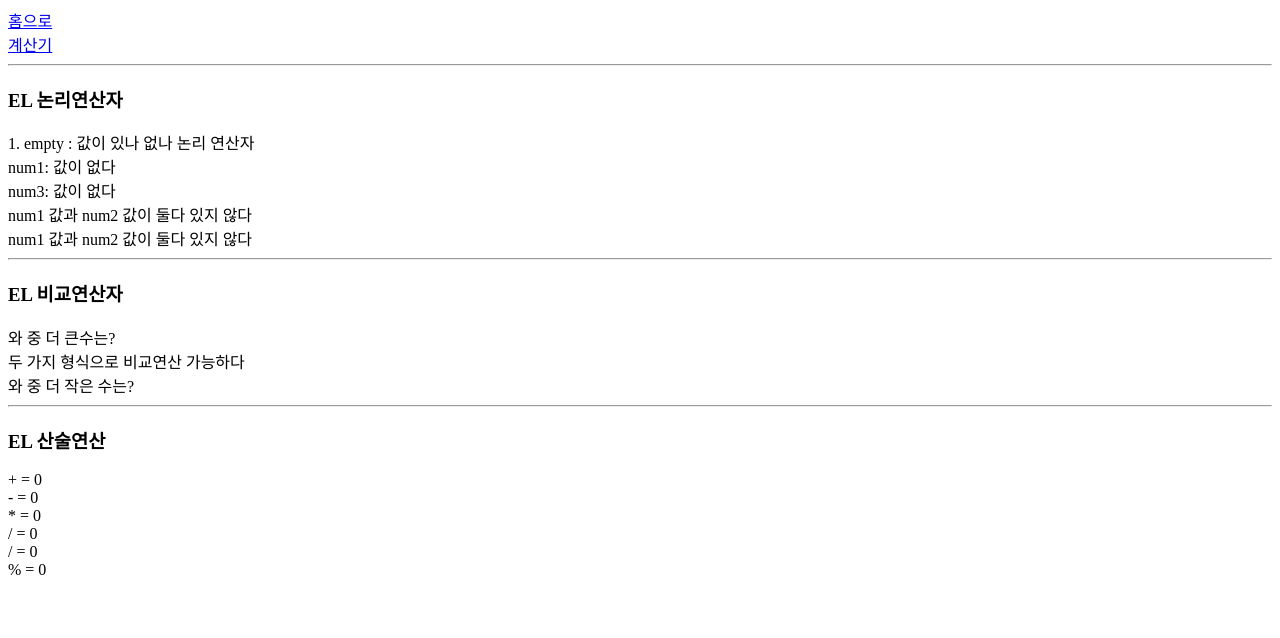
Repository: hyewoon/web
Page: http://localhost/servlet04/operator/calculator_result.jsp
The author's editor kept a copy of each file at every save. The page is drawn from the files as they stood at one save, then again after the next save.
The browser window is 1280 px wide. The pictures show the whole page.
The page is served by Tomcat 9. Other server files are loaded and not shown.

Above is the page before, as saved 2022-11-17 06:28:35.

### servlet04/src/main/webapp/operator/calculator_result.jsp
<%@ page language="java" contentType="text/html; charset=UTF-8"
    pageEncoding="UTF-8"%>
<!DOCTYPE html>
<html>
<head>
<meta charset="UTF-8">
<title>Insert title here</title>
</head>
<body>
<div><a href ='../'>홈으로</a></div>
<div><a href ='calculator.jsp'>계산기</a></div>
<hr>
<h3>EL 논리연산자</h3>
<div>1. empty : 값이 있나 없나 논리 연산자</div>
<div>num1: 값이 ${empty param.num1? '없다' : '있다'}</div>
<div>num3: 값이 ${empty param.num3? '없다' : '있다'}</div>
<div> num1 값과 num2 ${!empty param.num1 && !empty param.num2
			? '둘 다 있다': '값이  둘다 있지 않다'}</div>
<div> num1 값과 num2 ${!empty param.num1 and !empty param.num2
			? '둘 다 있다': '값이  둘다 있지 않다'}</div>




<hr>
<h3>EL 비교연산자</h3>
<div>${param.num1 }와 ${param.num2 } 중 더 큰수는? </div>
<div> 두 가지 형식으로 비교연산 가능하다</div>
<div>	${param.num1 gt (param.num2-0) ? param.num1 : param.num2}</div>
<div>	${param.num1 - param.num2 gt 0 ? param.num1 : param.num2}</div>
<div>${param.num1 }와 ${param.num2 } 중 더 작은 수는? </div>
<div>	${param.num1 lt (param.num2-0) ? param.num1 : param.num2}</div>
<div>	${param.num1 - param.num2 lt 0 ? param.num1 : param.num2}</div>
<!--파라미터로 보내진 데이터는 문자열이라서 2와 10비교하면 2가 더 크다 나온다
	하지만, 산술연산자가 있으면 내부적으로 숫자라고 생각해서 연산
-->

<hr>
<h3>EL 산술연산</h3>
<div>${param.num1} + ${param.num2} = ${param.num1 + param.num2}</div>
<div>${param.num1} - ${param.num2} = ${param.num1 - param.num2}</div>
<div>${param.num1} * ${param.num2} = ${param.num1 * param.num2}</div>
<div>${param.num1} / ${param.num2} = ${param.num1 /param.num2 }</div>
<div>${param.num1} / ${param.num2}
					= ${param.num2 ==0 ? 0: param.num1 div param.num2}</div>
<div>${param.num1} % ${param.num2} = ${param.num1 mod param.num2}</div>

</body>
</html>

After the next save:
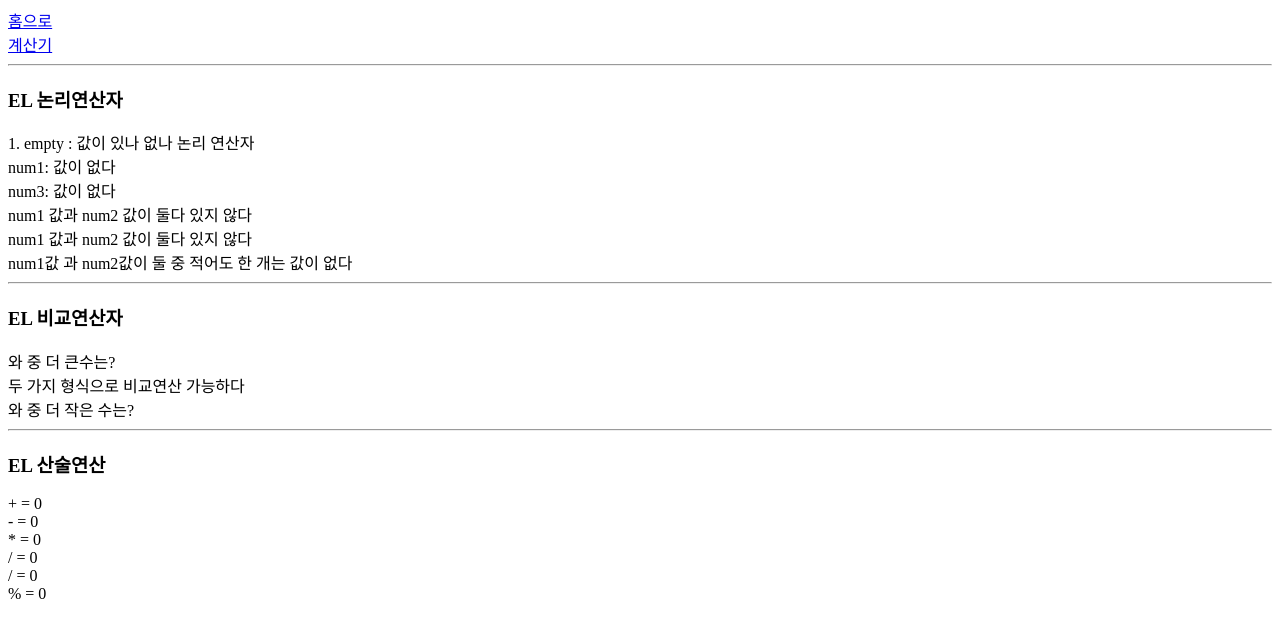
Saved 2 min 0 s later.
--- a/servlet04/src/main/webapp/operator/calculator_result.jsp
+++ b/servlet04/src/main/webapp/operator/calculator_result.jsp
@@ -18,6 +18,8 @@
 			? '둘 다 있다': '값이  둘다 있지 않다'}</div>
 <div> num1 값과 num2 ${!empty param.num1 and !empty param.num2
 			? '둘 다 있다': '값이  둘다 있지 않다'}</div>
+<div>num1값 과 num2값이 ${empty param.num1 || empty param.num2
+			? '둘 중 적어도 한 개는 값이 없다':'둘 다 값이 있다'}</div>
 
 
 
